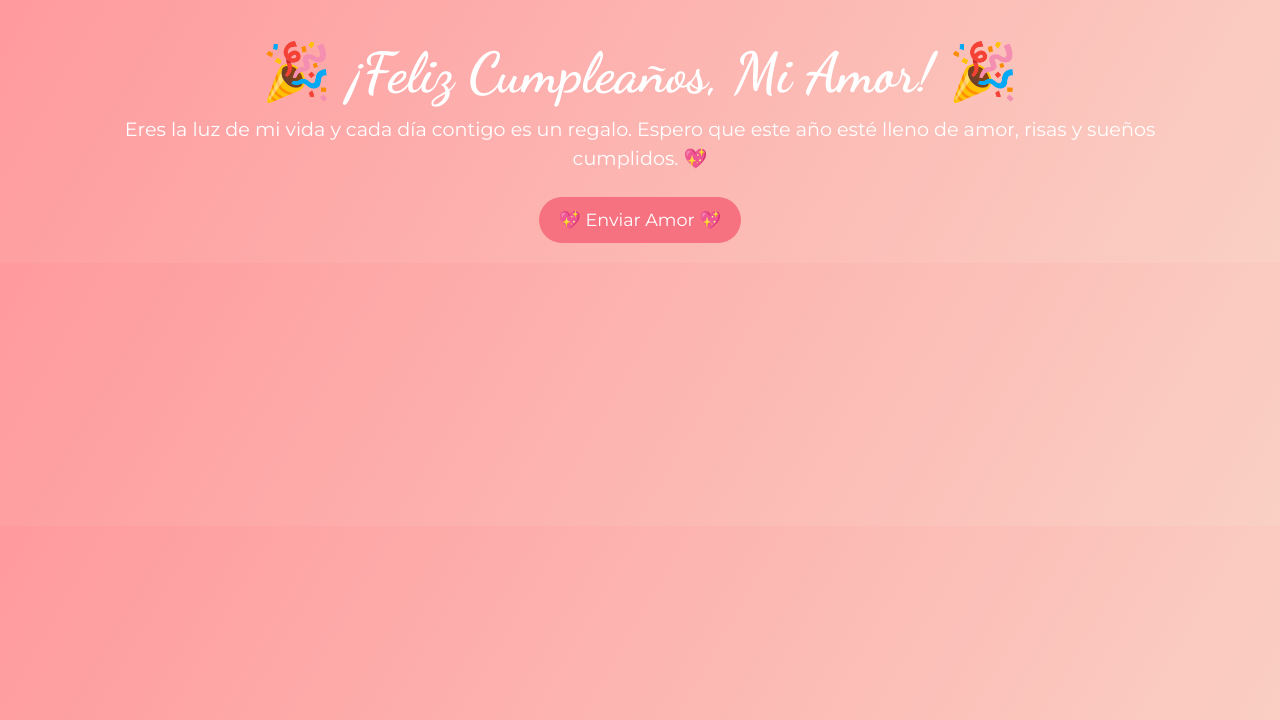
Repository: Jchimbo99/Esposa
Page: index.html
The author's editor kept a copy of each file at every save. The page is drawn from the files as they stood at one save, then again after a run of saves.
The browser window is 1280 px wide. The pictures show the whole page.

Above is the page before, as saved 2025-01-24 09:25:22.

### index.html
<!DOCTYPE html>
<html lang="en">
<head>
    <meta charset="UTF-8">
    <meta name="viewport" content="width=device-width, initial-scale=1.0">
    <title>¡Feliz Cumpleaños, Amor!</title>
    <!-- Bootstrap CSS -->
    <link href="https://cdn.jsdelivr.net/npm/bootstrap@5.3.0-alpha3/dist/css/bootstrap.min.css" rel="stylesheet">
    <!-- Google Fonts -->
    <link href="https://fonts.googleapis.com/css2?family=Dancing+Script:wght@700&family=Montserrat:wght@400;700&display=swap" rel="stylesheet">
    <!-- Custom CSS -->
    <style>
        body {
            background: linear-gradient(120deg, #ff9a9e, #fad0c4);
            font-family: 'Montserrat', sans-serif;
            color: #fff;
            text-align: center;
            padding: 20px;
            overflow: hidden;
        }
        h1 {
            font-family: 'Dancing Script', cursive;
            font-size: 3.5rem;
            margin-top: 20px;
        }
        p {
            font-size: 1.2rem;
        }
        .btn-custom {
            background-color: #f67280;
            border: none;
            color: white;
            padding: 10px 20px;
            font-size: 1.1rem;
            border-radius: 50px;
            transition: transform 0.3s, box-shadow 0.3s;
        }
        .btn-custom:hover {
            background-color: #c06c84;
            transform: scale(1.1);
            box-shadow: 0 4px 15px rgba(0, 0, 0, 0.2);
        }
        .heart {
            position: absolute;
            font-size: 2rem;
            animation: floatUp 4s ease-in-out infinite, fadeOut 4s ease-in-out infinite;
            color: #ff6f91;
        }
        @keyframes floatUp {
            0% {
                transform: translateY(0);
            }
            100% {
                transform: translateY(-500px);
            }
        }
        @keyframes fadeOut {
            0% {
                opacity: 1;
            }
            100% {
                opacity: 0;
            }
        }
    </style>
</head>
<body>
    <div class="container">
        <h1>🎉 ¡Feliz Cumpleaños, Mi Amor! 🎉</h1>
        <p>Eres la luz de mi vida y cada día contigo es un regalo. Espero que este año esté lleno de amor, risas y sueños cumplidos. 💖</p>
        <div class="mt-4">
            <button class="btn btn-custom" onclick="generateHearts()">💖 Enviar Amor 💖</button>
        </div>
    </div>

    <!-- Bootstrap JS -->
    <script src="https://cdn.jsdelivr.net/npm/bootstrap@5.3.0-alpha3/dist/js/bootstrap.bundle.min.js"></script>
    <!-- Custom JavaScript -->
    <script>
        function generateHearts() {
            const body = document.body;
            for (let i = 0; i < 30; i++) { // Generar 30 corazones
                const heart = document.createElement('div');
                heart.className = 'heart';
                heart.innerHTML = '❤️';
                heart.style.left = Math.random() * 100 + 'vw'; // Posición horizontal aleatoria
                heart.style.animationDelay = Math.random() * 2 + 's'; // Retraso de animación aleatorio
                heart.style.fontSize = Math.random() * 1.5 + 1 + 'rem'; // Tamaño aleatorio
                body.appendChild(heart);

                // Eliminar el corazón después de la animación
                setTimeout(() => {
                    heart.remove();
                }, 4000); // Tiempo igual a la duración de la animación
            }
        }
    </script>
</body>
</html>

After the next 3 saves:
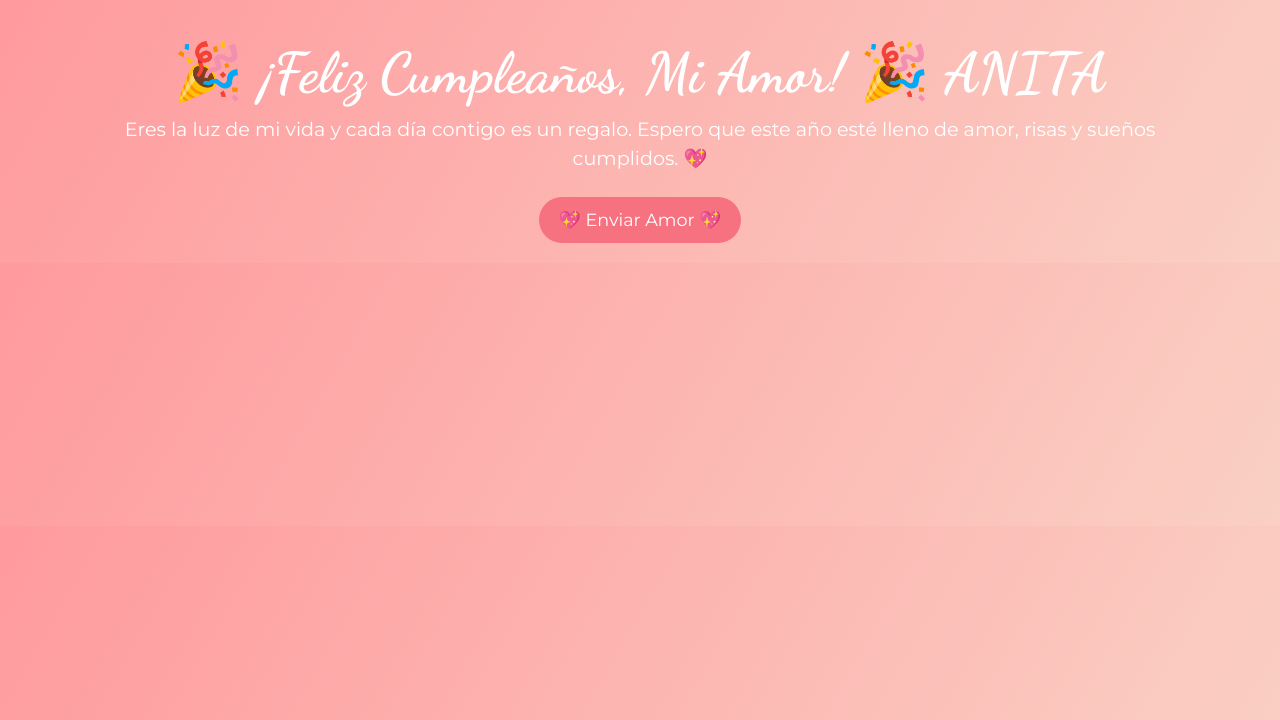
The 3 saves are shown as one change because they came seconds apart.
The last was saved 21 s later.
--- a/index.html
+++ b/index.html
@@ -66,7 +66,9 @@
 </head>
 <body>
     <div class="container">
-        <h1>🎉 ¡Feliz Cumpleaños, Mi Amor! 🎉</h1>
+        <h1>🎉 ¡Feliz Cumpleaños, Mi Amor! 🎉
+            ANITA
+        </h1>
         <p>Eres la luz de mi vida y cada día contigo es un regalo. Espero que este año esté lleno de amor, risas y sueños cumplidos. 💖</p>
         <div class="mt-4">
             <button class="btn btn-custom" onclick="generateHearts()">💖 Enviar Amor 💖</button>

After the save that followed:
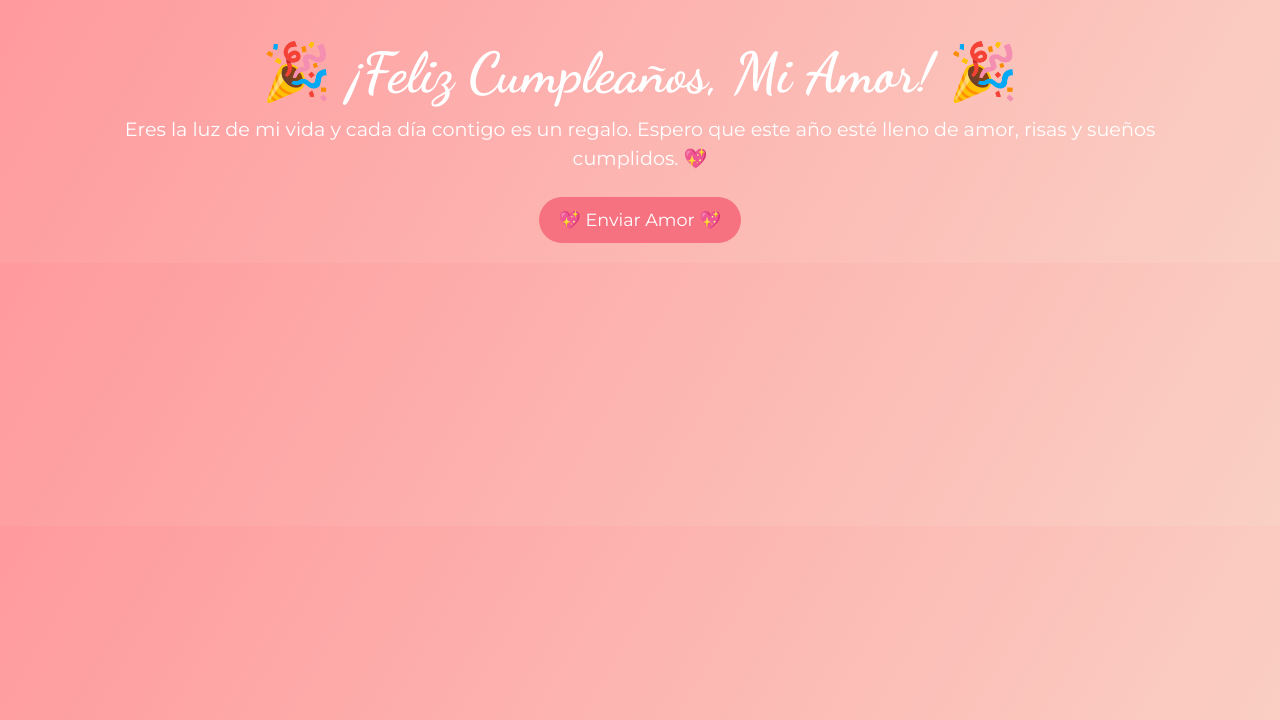
Saved 4 s later.
--- a/index.html
+++ b/index.html
@@ -67,7 +67,7 @@
 <body>
     <div class="container">
         <h1>🎉 ¡Feliz Cumpleaños, Mi Amor! 🎉
-            ANITA
+
         </h1>
         <p>Eres la luz de mi vida y cada día contigo es un regalo. Espero que este año esté lleno de amor, risas y sueños cumplidos. 💖</p>
         <div class="mt-4">
